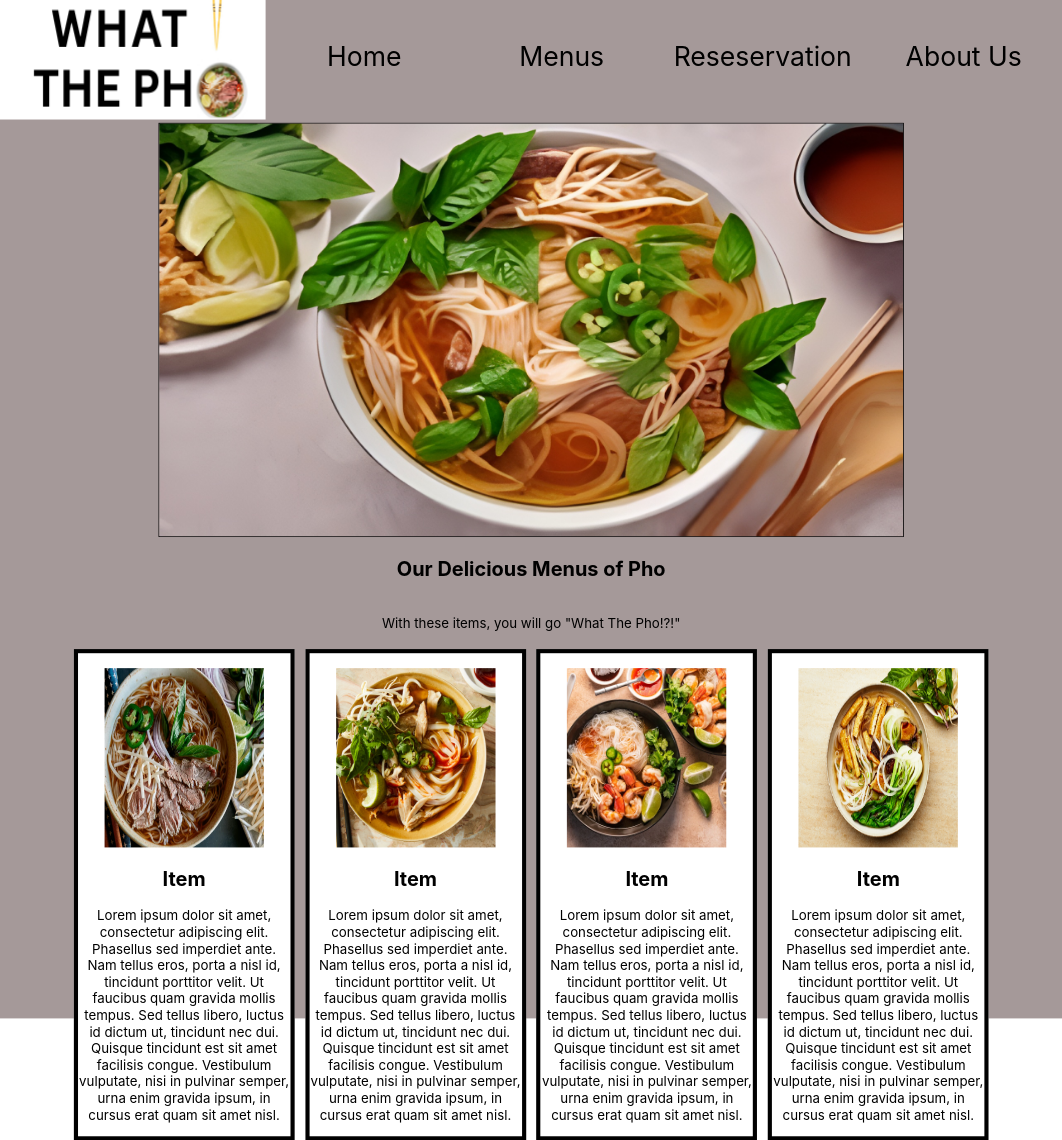
Repository: NguyenkhDang/Restaurant-Website
Page: /
An editor plug-in stored every save of this project. The page is shown before and after the next save, followed by the edit.
The browser window is 1280 px wide. The pictures show the whole page, at 83% of full size.
The project was rebuilt for these pictures with package versions that can differ from the ones it lists, and the page was loaded fresh each time.

Above is the page before, as saved 2026-01-15 22:30:53.

After the next save:
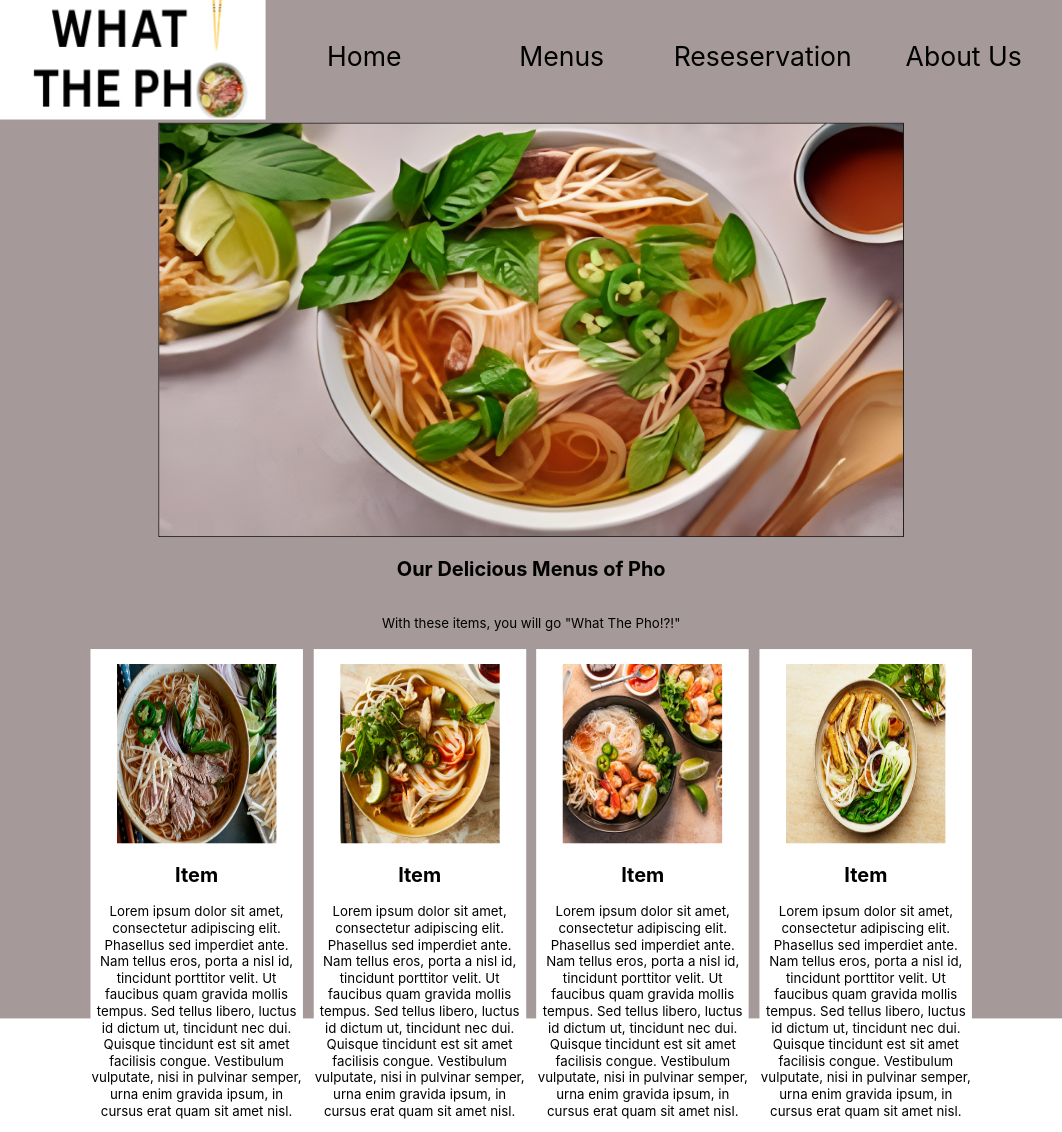
Saved 8 min 52 s later.
--- a/src/App.css
+++ b/src/App.css
@@ -23,5 +23,5 @@
   background-color: white;
   width: 20vw;
   padding-top: 2.5vh;
-  border: black solid 5px;
+  border: radial-gradient(circle,rgba(219,219,219,1) 0%) solid 5px;
 }

After the 2 saves that followed:
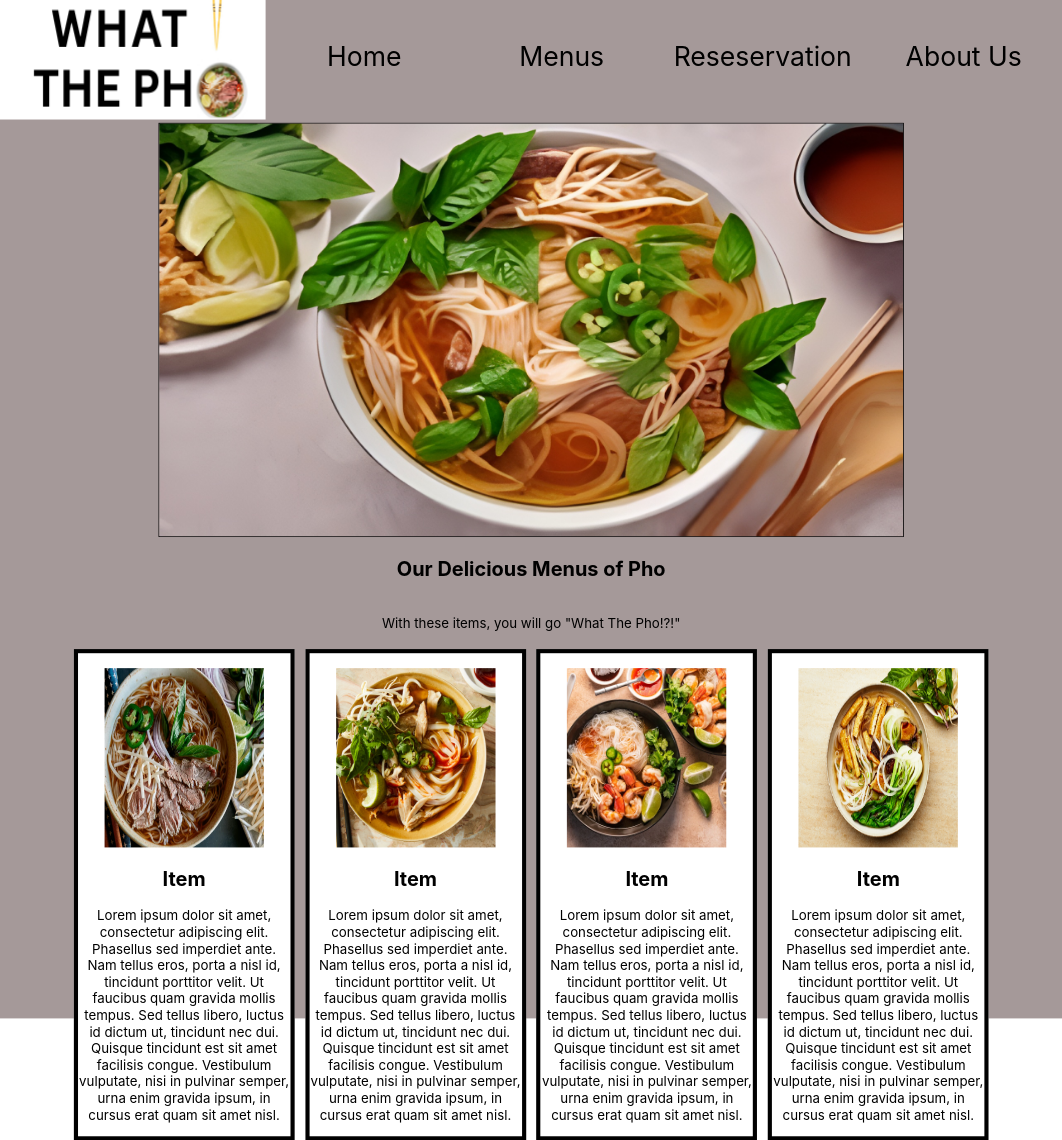
The 2 saves are shown as one change because 1 left the picture as it was.
The last was saved 87 s later.
--- a/src/App.css
+++ b/src/App.css
@@ -23,5 +23,5 @@
   background-color: white;
   width: 20vw;
   padding-top: 2.5vh;
-  border: radial-gradient(circle,rgba(219,219,219,1) 0%) solid 5px;
+  border: solid 5px;
 }
